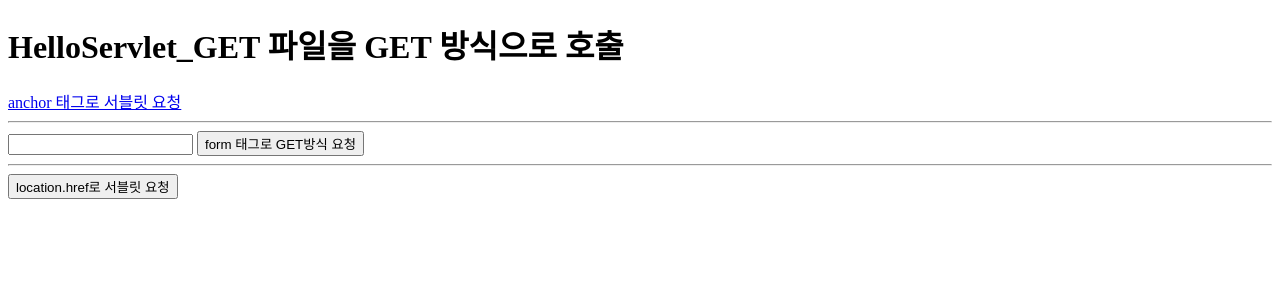
Repository: DistincTao/JSP
Page: http://localhost/JSPBasic/helloServletGet.jsp
The author's editor kept a copy of each file at every save. The page is drawn from the files as they stood at one save, then again after the next save.
The browser window is 1280 px wide. The pictures show the whole page.
The page is served by Tomcat 9. Nobody is signed in. The application's start-up code is not run.

Above is the page before, as saved 2023-12-11 04:07:55.

After the next save:
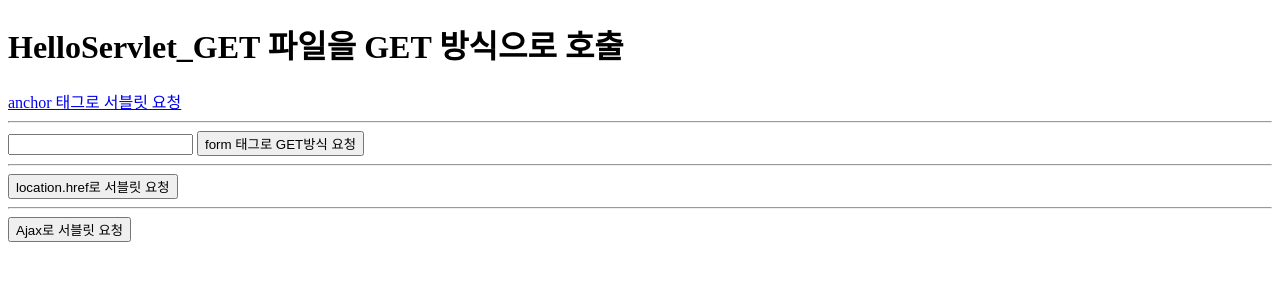
Console error: SyntaxError: Unexpected token '{'
Saved 7 min 41 s later.
--- a/JSPBasic/src/main/webapp/helloServletGet.jsp
+++ b/JSPBasic/src/main/webapp/helloServletGet.jsp
@@ -5,19 +5,35 @@
 <head>
 <meta charset="UTF-8">
 <title>GET 방식으로 요청하기</title>
+<script type="text/javascript" src = "https://ajax.googleapis.com/ajax/libs/jquery/3.7.1/jquery.min.js"></script>
 <script type="text/javascript">
 	function callServlet () {
 		location.href = "./hGET?name=길동";
 	}
+
+	function callServletAjax () {
+		$.ajax({
+			url:"",
+			type: "GET",
+			success: fuction (data){
+				$("#output").html(data);
+				console.log("ajax success");
+				document.getElementsById("ajaxText").innerHTML = data;
+			},
+			error: function () {},
+			complete: function (){}
+		});
+	}
 </script>
 </head>
 <body>
+	<!-- anchor 태그로 서블릿 요청 -->
 	<h1>HelloServlet_GET 파일을 GET 방식으로 호출</h1>
 	<div>
 		<a href="./hGET?name=둘리">anchor 태그로 서블릿 요청</a>
 	</div>
 	<hr>
-
+	<!-- Form 태그로 서블릿 요청 -->
 	<div>
 		<form action ="./hGET" method = "GET">
 			<input type="text" name="name">
@@ -25,7 +41,13 @@
 		</form>
 	</div>
 	<hr>
+	<!-- location.href 로 서블릿 요청 -->
+	<button onclick="callServlet();">location.href로 서블릿 요청</button>
+	<hr>
 
-	<button onclick="callServlet();">location.href로 서블릿 요청</button>
+		<button onclick="callServletAjax();">Ajax로 서블릿 요청</button>
+		<div id = "ajaxText"></div>
+
+
 </body>
 </html>
